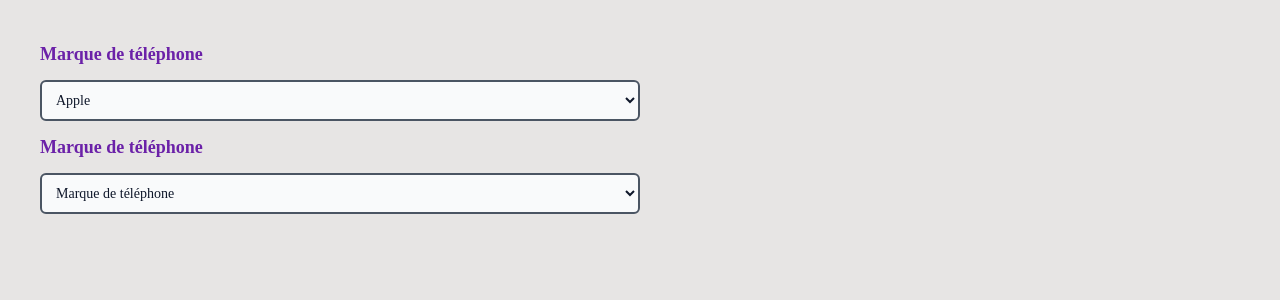
Repository: darlino/gotyu_shopify_section
Page: product_select220223/index.html
These files come from the project's save history. The page is drawn as it stood at one moment and after the next save; the edit follows.
The browser window is 1280 px wide. The pictures show the whole page.
Some web fonts or font styles are not loaded; a fallback is used. Some web libraries are served in a nearby version.

Above is the page before, as saved 2023-02-22 18:31:28.

### product_select220223/index.html
<!DOCTYPE html>
<html lang="en">
  <head>
    <meta charset="UTF-8" />
    <meta http-equiv="X-UA-Compatible" content="IE=edge" />
    <meta name="viewport" content="width=device-width, initial-scale=1.0" />
    <title>Document</title>
    <script src="https://cdn.tailwindcss.com"></script>
    <link rel="preconnect" href="https://fonts.googleapis.com" />
    <link rel="preconnect" href="https://fonts.gstatic.com" crossorigin />
    <link
      href="https://fonts.googleapis.com/css2?family=Gloock&display=swap"
      rel="stylesheet"
    />
    <link rel="stylesheet" href="style.css" />
  </head>
  <body>
    <section id="product_select220223">
      <div class="flex flex-col max-w-[1300px] bg-stone-200 h-screen mx-auto">
        <div class="flex flex-col w-full space-y-3 mx-auto p-10">
          <div class="flex flex-col space-y-3">
            <p class="text-lg font-bold text-left text-purple-800">
              Marque de téléphone
            </p>
            <select
              name="select_brand"
              id="select_brand"
              class="bg-gray-50 w-1/2 border-2 border-gray-300 text-gray-900 text-sm rounded-md focus:ring-blue-500 focus:border-blue-800 block p-2.5 border-gray-600 placeholder-gray-900 text-slate-900 focus:ring-blue-700 focus:border-blue-700 outline-none"
            >
              <option class="text-md mb-2" value="Apple">Apple</option>
              <option class="text-md mb-2" value="Samsung">Samsung</option>
              <option class="text-md mb-2" value="Xiaomi">Xiaomi</option>
              <option class="text-md mb-2" value="Iphone">Iphone</option>
            </select>
          </div>
          <div class="flex flex-col space-y-3">
            <p class="text-lg font-bold text-left text-purple-800">
              Marque de téléphone
            </p>
            <select
              name="select_brand"
              id="select_brand"
              class="bg-gray-50 w-1/2 border-2 border-gray-300 text-gray-900 text-sm rounded-md focus:ring-blue-500 focus:border-blue-800 block p-2.5 border-gray-600 placeholder-gray-900 text-slate-900 focus:ring-blue-700 focus:border-blue-700 outline-none"
            >
              <option class="text-md mb-2" value="">Marque de téléphone</option>
              <option class="text-md mb-2" value="Samsung">Samsung</option>
              <option class="text-md mb-2" value="Xiaomi">Xiaomi</option>
              <option class="text-md mb-2" value="Iphone">Iphone</option>
            </select>
          </div>
        </div>
      </div>
    </section>
  </body>
</html>

### product_select220223/style.css
* {
  margin: 0;
  padding: 0;
  font-family: "Gloock", serif;
}

#product_select220223 {
  width: 100%;
  height: auto;
}

After the next save:
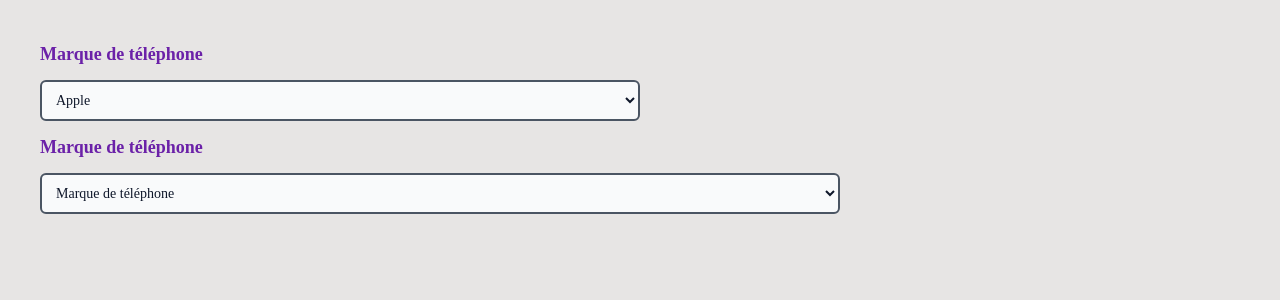
Saved 8 s later.
--- a/product_select220223/index.html
+++ b/product_select220223/index.html
@@ -40,7 +40,7 @@
             <select
               name="select_brand"
               id="select_brand"
-              class="bg-gray-50 w-1/2 border-2 border-gray-300 text-gray-900 text-sm rounded-md focus:ring-blue-500 focus:border-blue-800 block p-2.5 border-gray-600 placeholder-gray-900 text-slate-900 focus:ring-blue-700 focus:border-blue-700 outline-none"
+              class="bg-gray-50 w-2/3 border-2 border-gray-300 text-gray-900 text-sm rounded-md focus:ring-blue-500 focus:border-blue-800 block p-2.5 border-gray-600 placeholder-gray-900 text-slate-900 focus:ring-blue-700 focus:border-blue-700 outline-none"
             >
               <option class="text-md mb-2" value="">Marque de téléphone</option>
               <option class="text-md mb-2" value="Samsung">Samsung</option>
